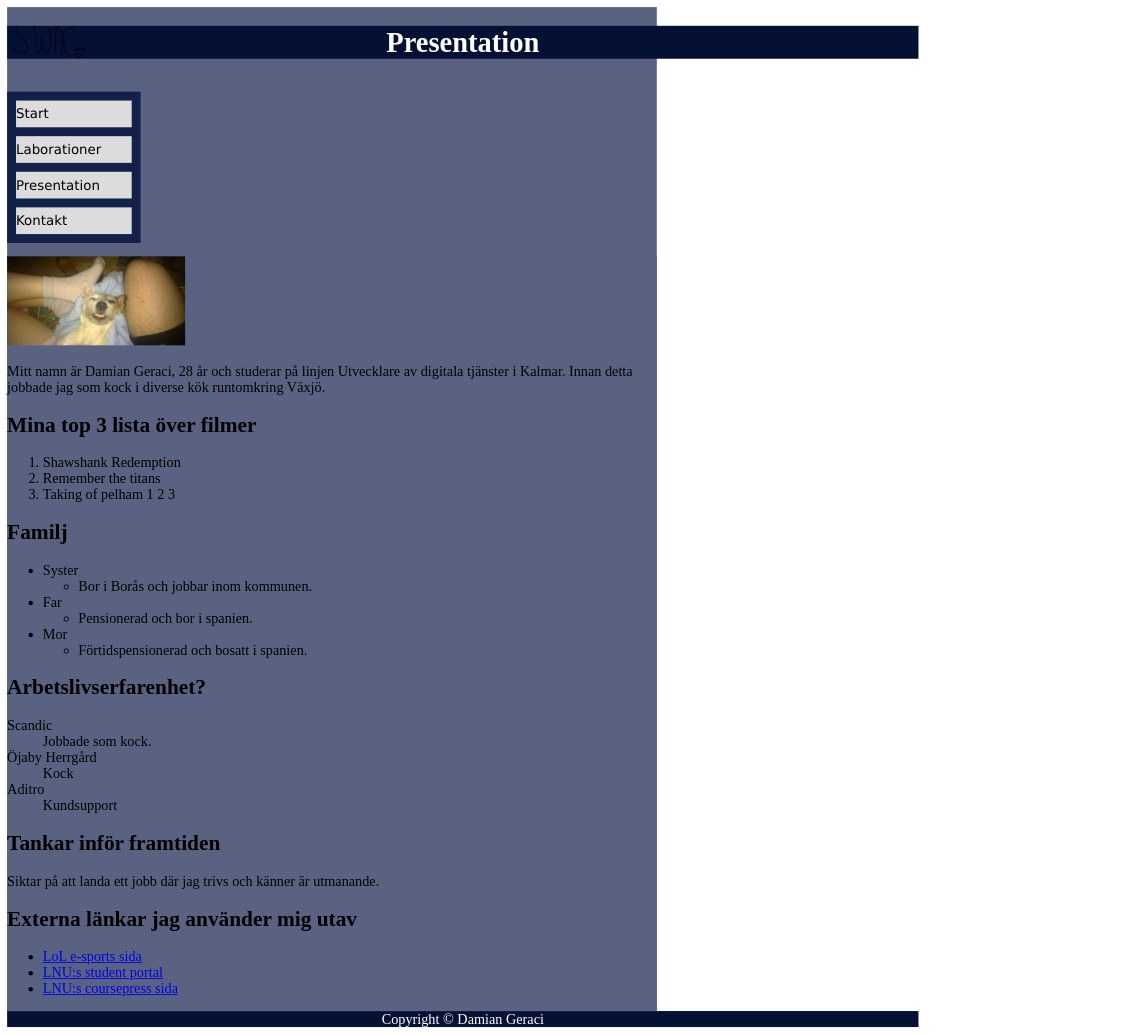
Repository: dg222dm/1ik415-laborationer
Page: pages/presentation.html
The author's editor kept a record of every edit. The page is drawn from the files as they stood at one moment, then again after the next edit.
The browser window is 1280 px wide. The pictures show the whole page, at 89% of full size.

Above is the page before.

After the next edit:
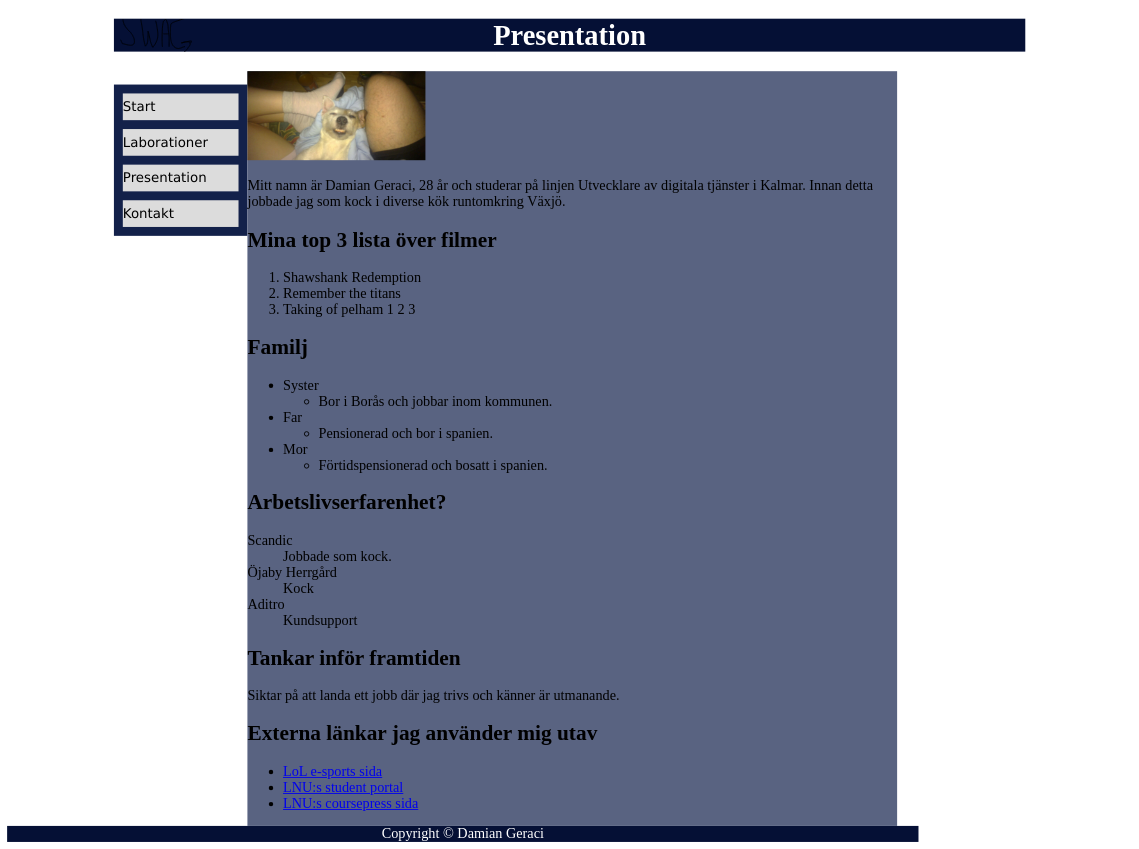
The edit:
--- a/pages/presentation.html
+++ b/pages/presentation.html
@@ -6,7 +6,7 @@
         <title>Presentation</title>
     </head>
     <body>
-    <div id='content'>
+    <div id='background'>
     <div id="header">
         <h1>Presentation</h1>
      </div>
